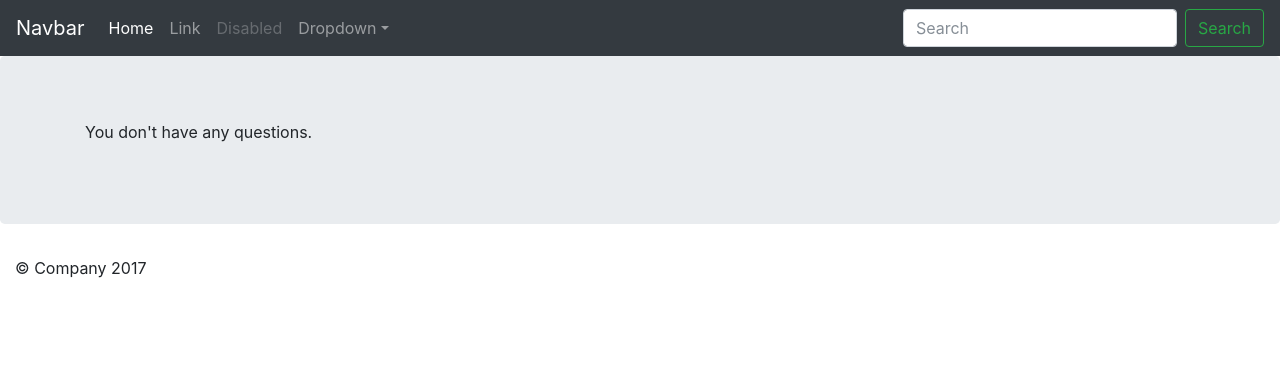
Repository: Sarthak123456/Django-Polls-App
Page: mysite/polls/templates/polls/index.html
The author's editor kept a record of every edit. The page is drawn from the files as they stood at one moment, then again after the next edit.
The browser window is 1280 px wide. The pictures show the whole page.
Some web libraries are served in a nearby version. The template is drawn by Django 2.2. The application's start-up code is not run. Other server files are loaded and not shown. The template is opened directly, without the code that normally fills it, so the values that code supplies are empty.

Above is the page before.

### mysite/polls/templates/polls/index.html
{% extends 'polls/base.html' %}

{% block main_content %}

    {% if latest_questions %}

        <ul>
            {% for question in latest_questions %}
        <li>

        <a href= "{% url 'polls:details' question.id %}"><b>{{question.question_text}}</b></a>

        </li>

        {% endfor %}
        </ul>

    {% else %}
        <p>You don't have any questions. </p>

    {% endif %}
        {% endblock %}

### mysite/polls/templates/polls/base.html
{% load staticfiles %}

<!doctype html>
<html lang="en">
  <head>
    <title>Polls App</title>
    <!-- Required meta tags -->
    <meta charset="utf-8">
    <meta name="viewport" content="width=device-width, initial-scale=1, shrink-to-fit=no">

    <!-- Bootstrap CSS -->
    <link rel="stylesheet" href="https://maxcdn.bootstrapcdn.com/bootstrap/4.0.0-beta.2/css/bootstrap.min.css" integrity="sha384-PsH8R72JQ3SOdhVi3uxftmaW6Vc51MKb0q5P2rRUpPvrszuE4W1povHYgTpBfshb" crossorigin="anonymous">
  <link rel="stylesheet" href="{% static 'polls/style.css' %}" type="text/css" />
  </head>
  <body>
      {% include 'polls/header.html' %}
      <div class="jumbotron">
            <div class="container">
                {% block main_content %}
                {% endblock %}

            </div>
      </div>

      {% include 'polls/footer.html' %}
        <!-- Optional JavaScript -->
        <!-- jQuery first, then Popper.js, then Bootstrap JS -->
        <script src="https://code.jquery.com/jquery-3.2.1.slim.min.js" integrity="sha384-KJ3o2DKtIkvYIK3UENzmM7KCkRr/rE9/Qpg6aAZGJwFDMVNA/GpGFF93hXpG5KkN" crossorigin="anonymous"></script>
        <script src="https://cdnjs.cloudflare.com/ajax/libs/popper.js/1.12.3/umd/popper.min.js" integrity="sha384-vFJXuSJphROIrBnz7yo7oB41mKfc8JzQZiCq4NCceLEaO4IHwicKwpJf9c9IpFgh" crossorigin="anonymous"></script>
        <script src="https://maxcdn.bootstrapcdn.com/bootstrap/4.0.0-beta.2/js/bootstrap.min.js" integrity="sha384-alpBpkh1PFOepccYVYDB4do5UnbKysX5WZXm3XxPqe5iKTfUKjNkCk9SaVuEZflJ" crossorigin="anonymous"></script>
  </body>
</html>

### mysite/polls/templates/polls/header.html
 <nav class="navbar navbar-expand-md navbar-dark fixed-top bg-dark">
      <a class="navbar-brand" href="#">Navbar</a>
      <button class="navbar-toggler" type="button" data-toggle="collapse" data-target="#navbarsExampleDefault" aria-controls="navbarsExampleDefault" aria-expanded="false" aria-label="Toggle navigation">
        <span class="navbar-toggler-icon"></span>
      </button>

      <div class="collapse navbar-collapse" id="navbarsExampleDefault">
        <ul class="navbar-nav mr-auto">
          <li class="nav-item active">
            <a class="nav-link" href="#">Home <span class="sr-only">(current)</span></a>
          </li>
          <li class="nav-item">
            <a class="nav-link" href="#">Link</a>
          </li>
          <li class="nav-item">
            <a class="nav-link disabled" href="#">Disabled</a>
          </li>
          <li class="nav-item dropdown">
            <a class="nav-link dropdown-toggle" href="http://example.com" id="dropdown01" data-toggle="dropdown" aria-haspopup="true" aria-expanded="false">Dropdown</a>
            <div class="dropdown-menu" aria-labelledby="dropdown01">
              <a class="dropdown-item" href="#">Action</a>
              <a class="dropdown-item" href="#">Another action</a>
              <a class="dropdown-item" href="#">Something else here</a>
            </div>
          </li>
        </ul>
        <form class="form-inline my-2 my-lg-0">
          <input class="form-control mr-sm-2" type="text" placeholder="Search" aria-label="Search">
          <button class="btn btn-outline-success my-2 my-sm-0" type="submit">Search</button>
        </form>
      </div>
    </nav>

### mysite/polls/templates/polls/footer.html
<footer class="container-fluid">
      <p>&copy; Company 2017</p>
</footer>

### mysite/polls/static/polls/style.css
body
{

    padding-top: 3.5rem;
}

After the next edit:
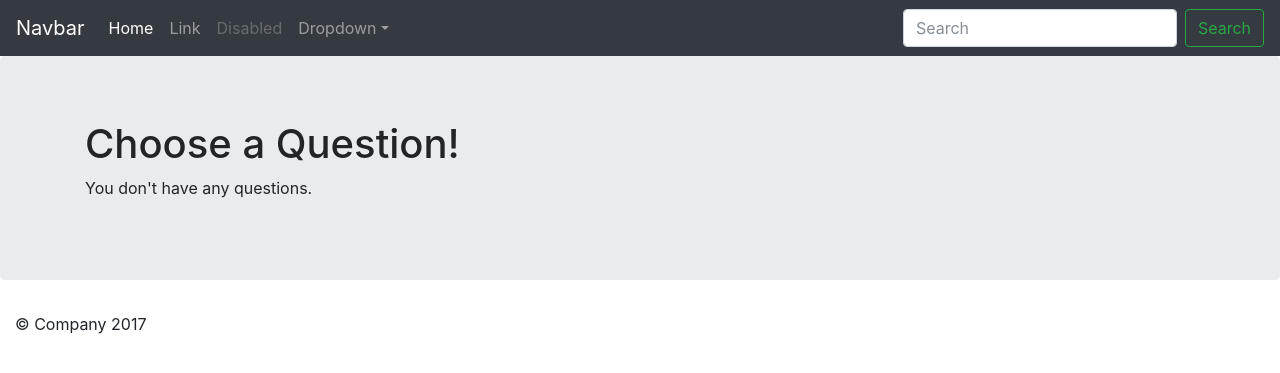
The edit:
--- a/mysite/polls/templates/polls/index.html
+++ b/mysite/polls/templates/polls/index.html
@@ -1,6 +1,8 @@
 {% extends 'polls/base.html' %}
 
 {% block main_content %}
+
+<h1>Choose a Question!</h1>
 
     {% if latest_questions %}
 
